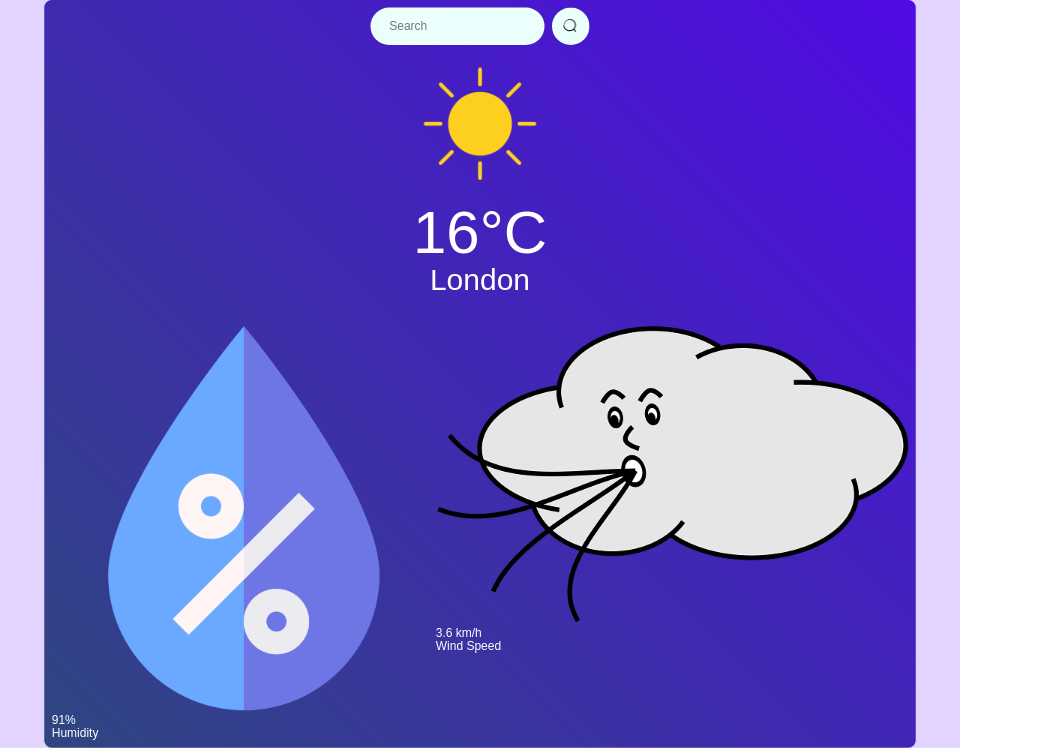
Repository: wakoya-tech/wheather-app
Page: /
These files come from the project's save history. The page is drawn as it stood at one moment and after the next save; the edit follows.
The browser window is 1280 px wide. The page is 1280 px wide, then 1412 px, so the pictures cover 1412 px, including what lies to the right of the window. The pictures show the whole page, at 75% of full size.
The project was rebuilt for these pictures with package versions that can differ from the ones it lists, and the page was loaded fresh each time. Also part of the build but not shown: vite.config.js, src/App.css.

Above is the page before, as saved 2025-10-18 21:21:59.

After the next save:
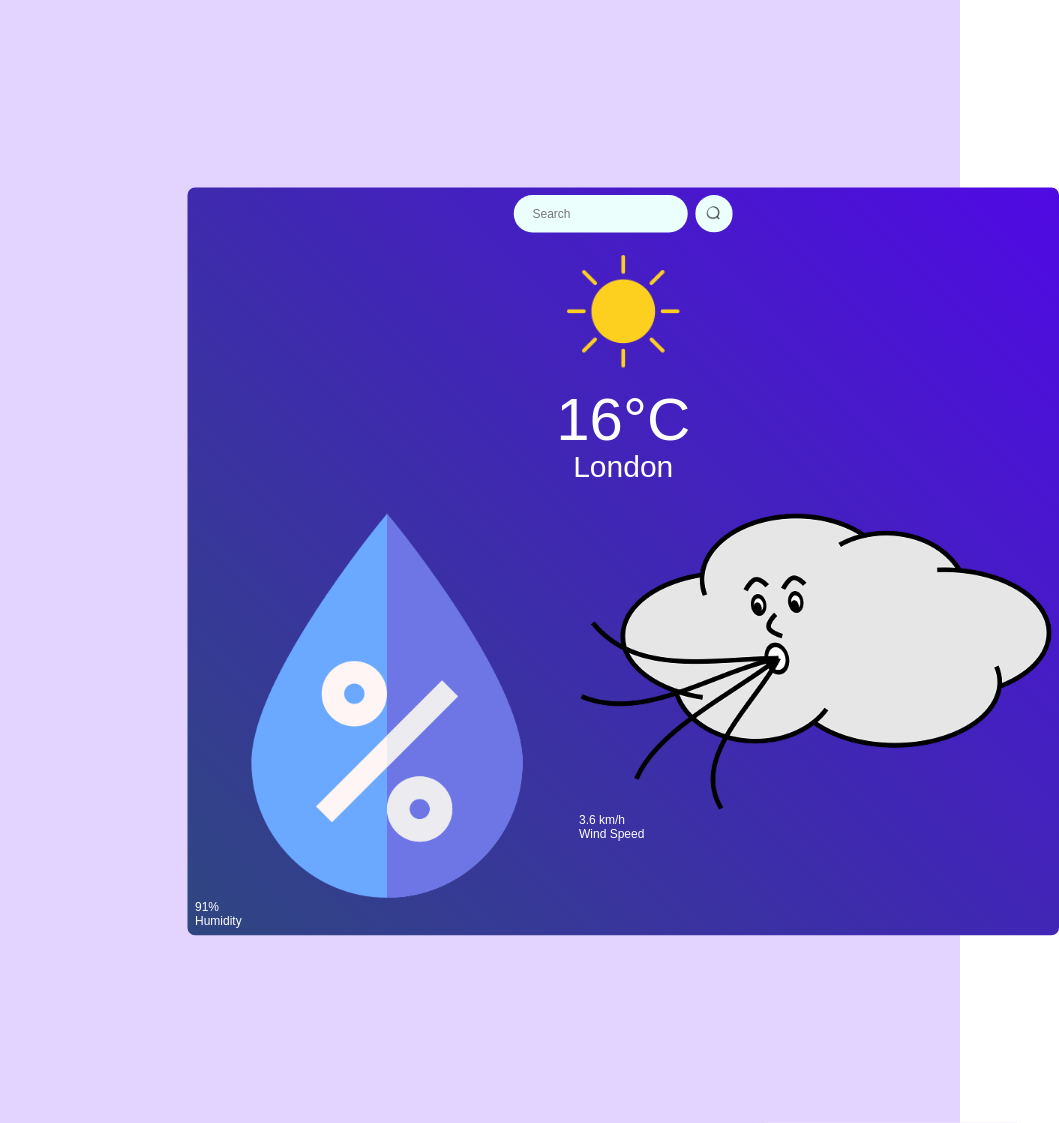
Saved 38 s later.
--- a/src/Components/Weather.css
+++ b/src/Components/Weather.css
@@ -6,6 +6,8 @@ background-image: linear-gradient(45deg,#2f4680,#500ae4);
 display: flex;
 flex-direction: column;
 align-items: center;
+margin: 250px;
+
 }
 .search-bar{
     display: flex;
